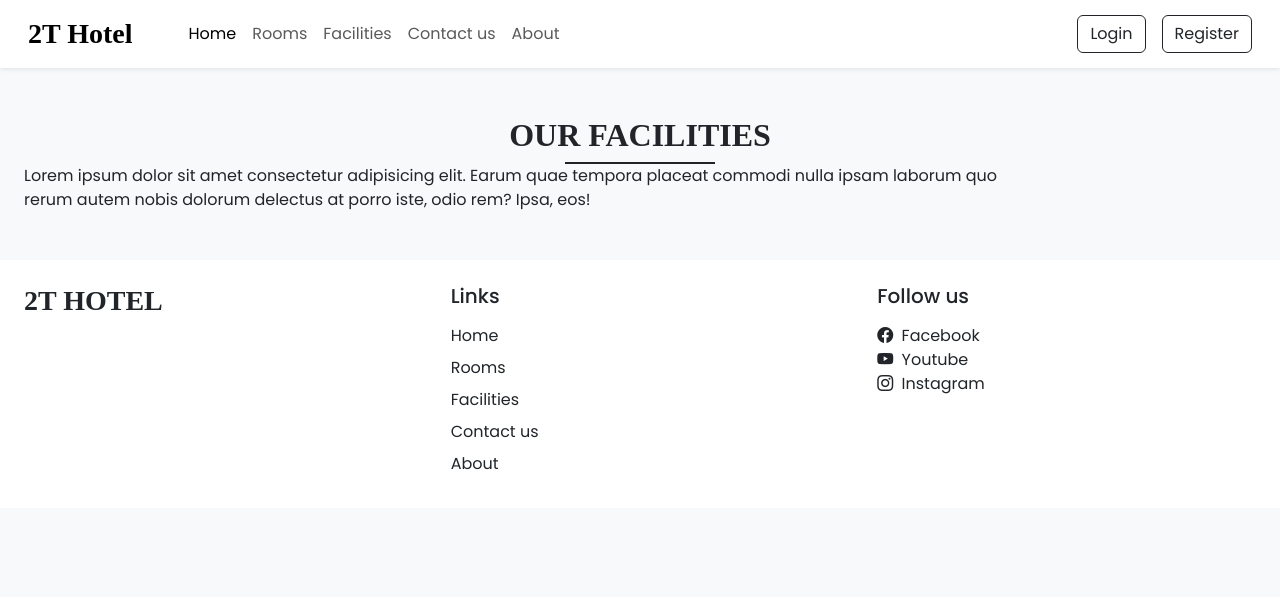
Repository: ntruong0906/desktop-tutorial
Page: http://localhost/facilities.php
An editor plug-in stored every save of this project. The page is shown before and after the next save, followed by the edit.
The browser window is 1280 px wide. The pictures show the whole page.
Some web fonts or font styles are not loaded; a fallback is used. The page is run by PHP 8.4 with error messages shown; the project is at /var/www/html/.

Above is the page before, as saved 2024-03-17 16:22:31.

After the next save:
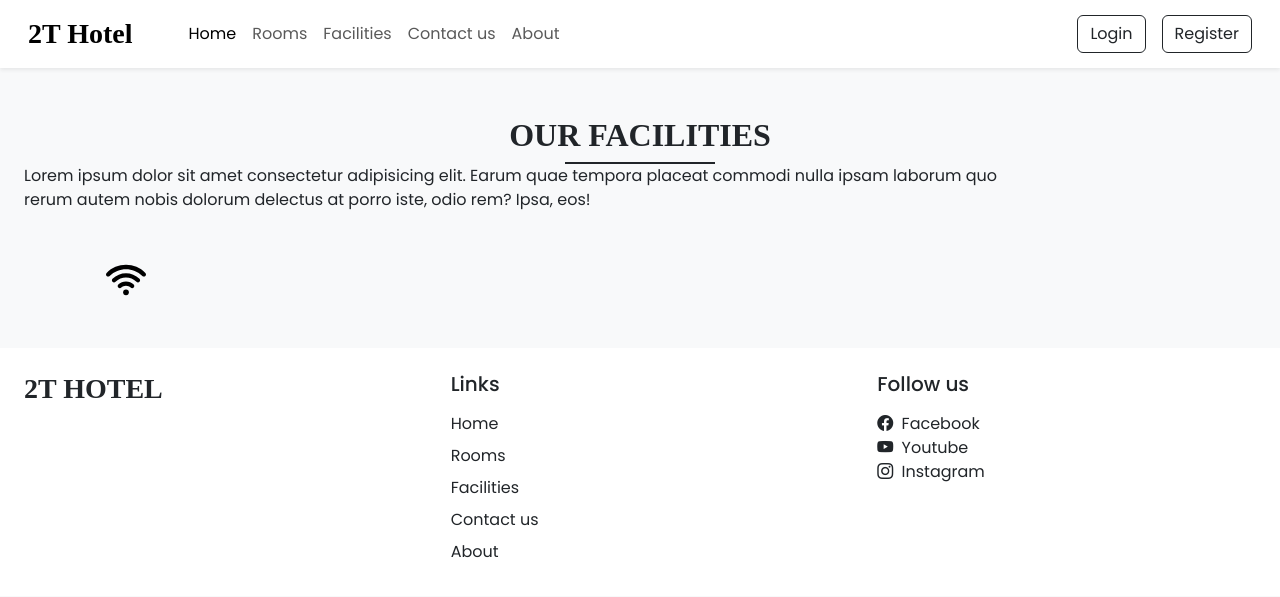
Saved 5 min 27 s later.
--- a/WebsiteBookingHotel/facilities.php
+++ b/WebsiteBookingHotel/facilities.php
@@ -26,6 +26,14 @@
         <div class="h-line bg-dark"></div>
         <p>Lorem ipsum dolor sit amet consectetur adipisicing elit. Earum quae tempora placeat commodi nulla ipsam
             laborum quo <br> rerum autem nobis dolorum delectus at porro iste, odio rem? Ipsa, eos!</p>
+    </div>
+    <div class="container">
+        <div class="col-lg-4 col-md-6 mb-5 px-4">
+            <div>
+                <img src="images/features/wifi.svg" alt="" width="40px">
+            </div>
+
+        </div>
     </div>
     <!-- footer -->
     <?php require('inc/footer.php'); ?>
